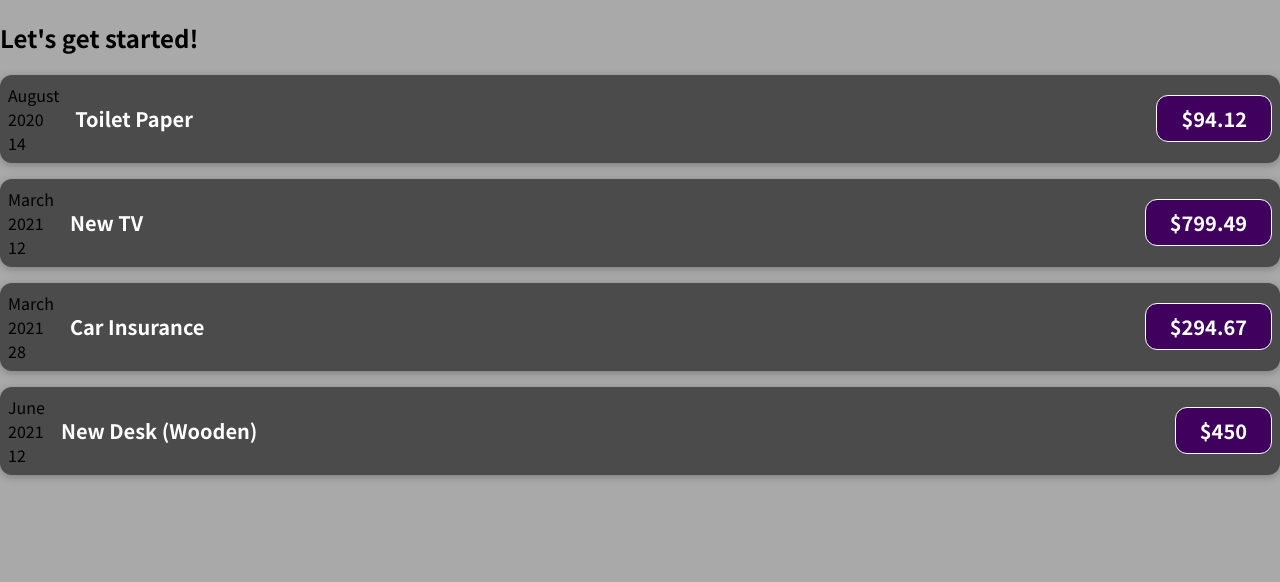
Repository: otvertka/MSC
Page: /
The author's editor kept a copy of each file at every save. The page is drawn from the files as they stood at one save, then again after the next save.
The browser window is 1280 px wide. The pictures show the whole page.
The project was rebuilt for these pictures with package versions that can differ from the ones it lists, and the page was loaded fresh each time.

Above is the page before, as saved 2023-06-18 12:16:02.

### src/index.css
@import url("https://fonts.googleapis.com/css2?family=Noto+Sans+JP:wght@400;700&display=swap");

* {
  box-sizing: border-box;
}

html {
  font-family: "Noto Sans JP", sans-serif;
}

body {
  margin: 0;
  background-color: #aaa9a9;
}

### src/App.js
import ExpenseItem from "./components/ExpenseItem";
// import Products from "./components/Products";

function App() {
  const expenses = [
    {
      id: "e1",
      title: "Toilet Paper",
      amount: 94.12,
      date: new Date(2020, 7, 14),
    },
    { id: "e2", title: "New TV", amount: 799.49, date: new Date(2021, 2, 12) },
    {
      id: "e3",
      title: "Car Insurance",
      amount: 294.67,
      date: new Date(2021, 2, 28),
    },
    {
      id: "e4",
      title: "New Desk (Wooden)",
      amount: 450,
      date: new Date(2021, 5, 12),
    },
  ];
  return (
    <div>
      <h2>Let's get started!</h2>
      <ExpenseItem
        title={expenses[0].title}
        amount={expenses[0].amount}
        date={expenses[0].date}
      />
      <ExpenseItem
        title={expenses[1].title}
        amount={expenses[1].amount}
        date={expenses[1].date}
      />
      <ExpenseItem
        title={expenses[2].title}
        amount={expenses[2].amount}
        date={expenses[2].date}
      />
      <ExpenseItem
        title={expenses[3].title}
        amount={expenses[3].amount}
        date={expenses[3].date}
      />
    </div>
  );
}

export default App;

### src/components/ExpenseItem.js
import ExpenseDate from "./ExpenseDate.js";
import "./ExpenseItem.css";

function ExpenseItem(props) {
  return (
    //

    <div className="expense-item">
      <ExpenseDate date={props.date} />
      <div className="expense-item__description">
        <h2>{props.title}</h2>
        <div className="expense-item__price">${props.amount}</div>
      </div>
    </div>
  );
}

export default ExpenseItem;

### src/components/ExpenseDate.js
import "./ExpenseDate.css";

function ExpenseDate(props) {
  const month = props.date.toLocaleString("en-US", { month: "long" });
  const day = props.date.toLocaleString("en-US", { day: "2-digit" });
  const year = props.date.getFullYear();

  return (
    <div>
      <div>{month}</div>
      <div>{year}</div>
      <div>{day}</div>
    </div>
  );
}

export default ExpenseDate;

### src/components/ExpenseItem.css
.expense-item {
  display: flex;
  justify-content: space-between;
  align-items: center;
  box-shadow: 0 2px 8px rgba(0, 0, 0, 0.25);
  padding: 0.5rem;
  margin: 1rem 0;
  border-radius: 12px;
  background-color: #4b4b4b;
}

.expense-item__description {
  display: flex;
  flex-direction: column;
  gap: 1rem;
  align-items: flex-end;
  flex-flow: column-reverse;
  justify-content: flex-start;
  flex: 1;
}

.expense-item h2 {
  color: #3a3a3a;
  font-size: 1rem;
  flex: 1;
  margin: 0 1rem;
  color: white;
}

.expense-item__price {
  font-size: 1rem;
  font-weight: bold;
  color: white;
  background-color: #40005d;
  border: 1px solid white;
  padding: 0.5rem;
  border-radius: 12px;
}

@media (min-width: 580px) {
  .expense-item__description {
    flex-direction: row;
    align-items: center;
    justify-content: flex-start;
    flex: 1;
  }

  .expense-item__description h2 {
    font-size: 1.25rem;
  }

  .expense-item__price {
    font-size: 1.25rem;
    padding: 0.5rem 1.5rem;
  }
}

Loaded but not shown: public/index.html (common file); src/index.js (common file); src/components/ExpenseDate.css (common file)

After the next save:
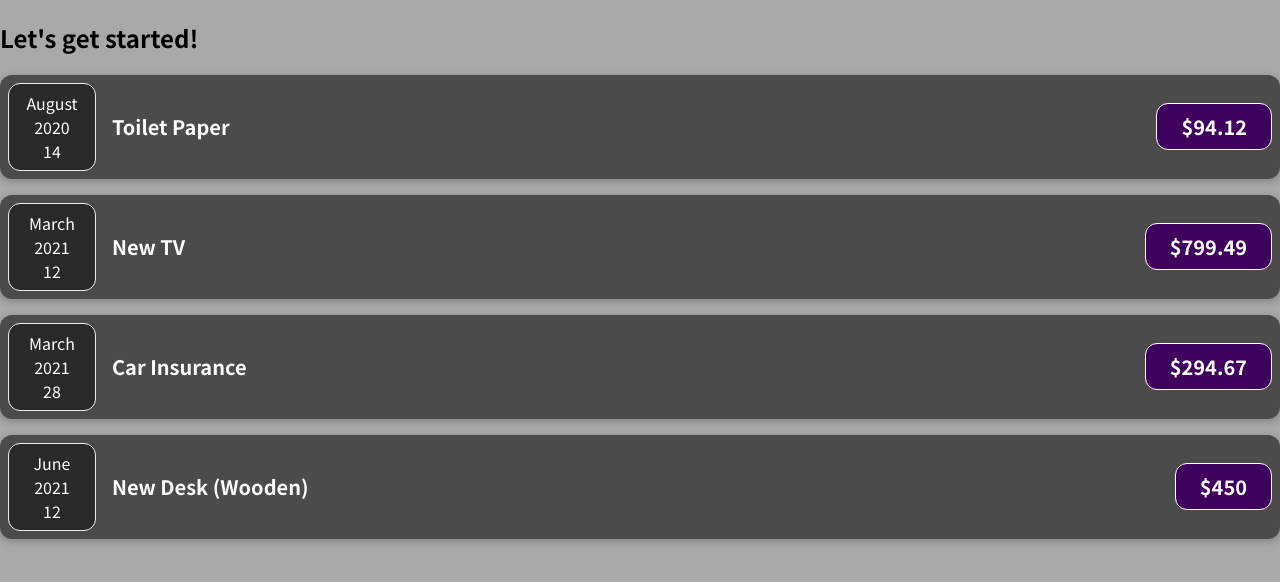
Saved 76 s later.
--- a/src/components/ExpenseDate.js
+++ b/src/components/ExpenseDate.js
@@ -6,7 +6,7 @@ function ExpenseDate(props) {
   const year = props.date.getFullYear();
 
   return (
-    <div>
+    <div className="expense-date">
       <div>{month}</div>
       <div>{year}</div>
       <div>{day}</div>
